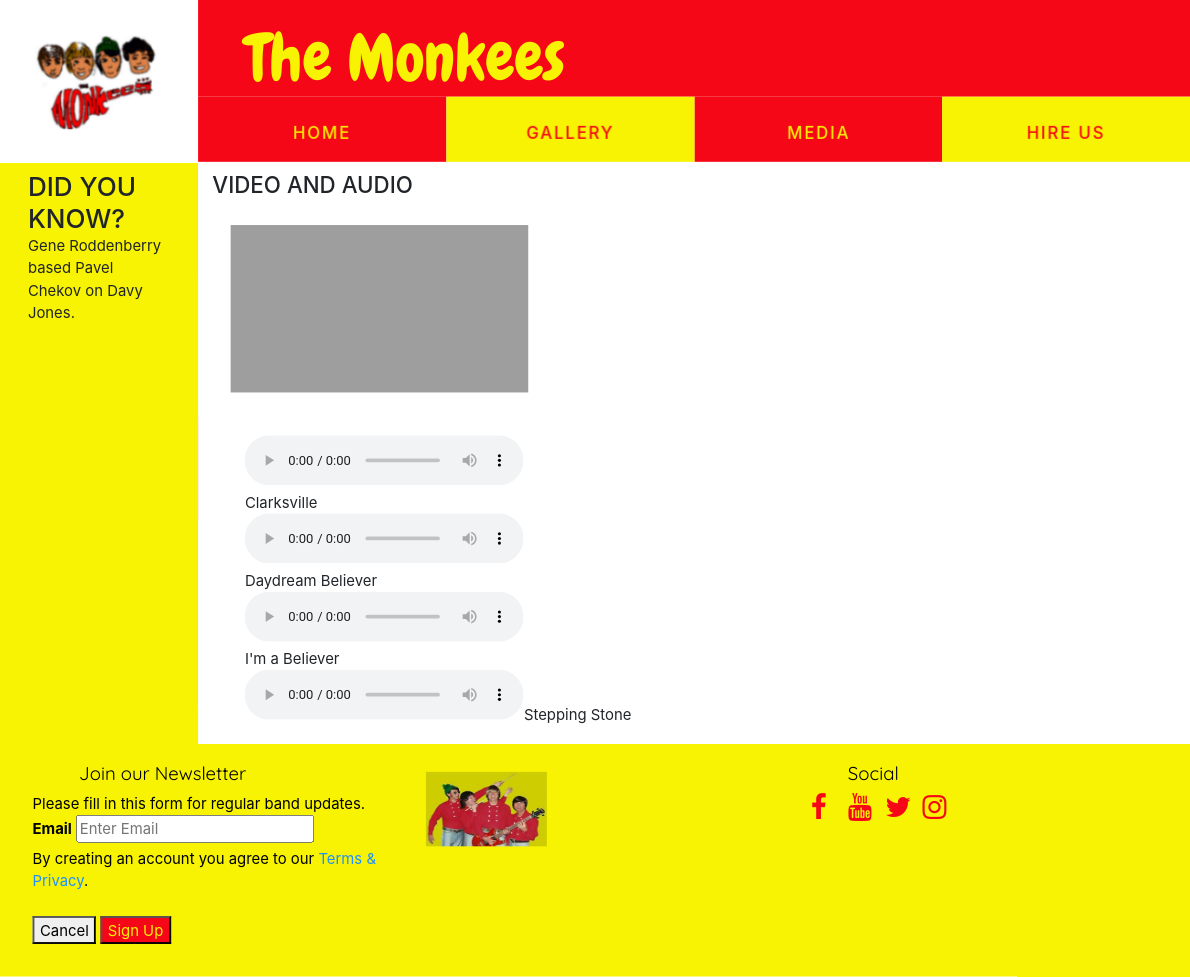
Repository: marcopolomt/monkees
Page: media.html
The author's editor kept a record of every edit. The page is drawn from the files as they stood at one moment, then again after the next edit.
The browser window is 1280 px wide. The pictures show the whole page, at 93% of full size.
Pictures or frames that could not be fetched are drawn as grey boxes.

Above is the page before.

After the next edit:
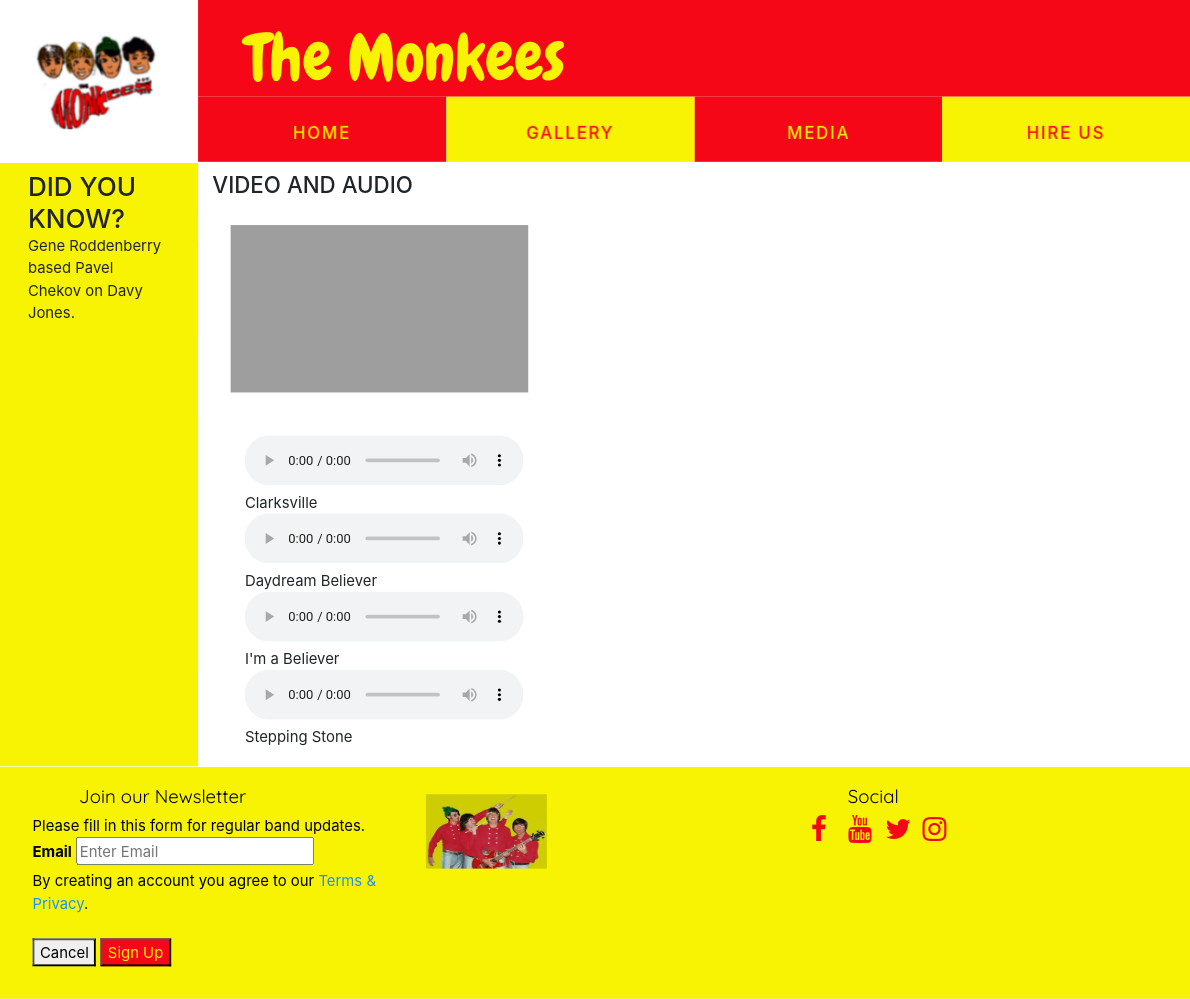
The edit:
--- a/media.html
+++ b/media.html
@@ -93,7 +93,7 @@
                             <audio controls>
         <source src="./assets/audio/SteppingStone.mp3" type="audio/mpeg">
 Your browser does not support the audio element.
-</audio>Stepping Stone
+</audio><br>Stepping Stone
 
                     </div>
 
